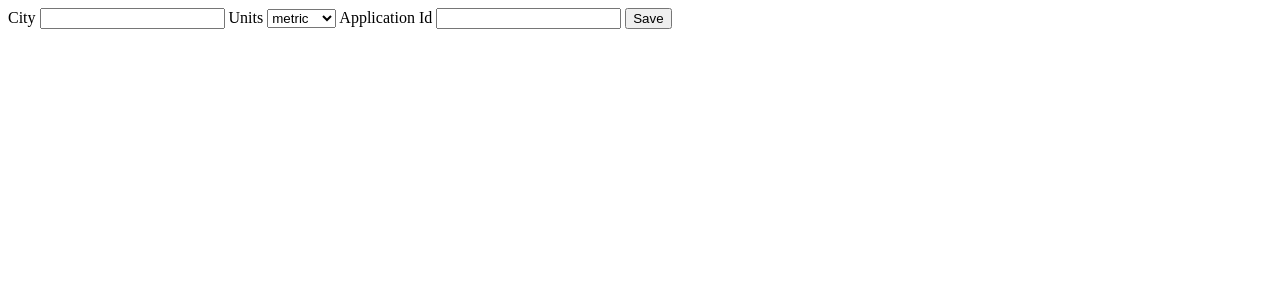
Repository: davideicardi/open-weather
Page: www/templates/options.html
The author's editor kept a record of every edit. The page is drawn from the files as they stood at one moment, then again after the next edit.
The browser window is 1280 px wide. The pictures show the whole page.

Above is the page before.

### www/templates/options.html
<ion-view view-title="Options">
  <ion-content>

    <form ng-submit="save()">
      <div class="list">
        <label class="item item-input">
          <span class="input-label">City</span>
          <input type="text" ng-model="options.city">
        </label>
        <label class="item item-input">
          <span class="input-label">Units</span>
          <select ng-model="options.units">
            <option value="metric">metric</option>
            <option value="imperial">imperial</option>
          </select>
        </label>
        <label class="item item-input">
          <span class="input-label">Application Id</span>
          <input type="text" ng-model="options.appId">
        </label>
        <label class="item">
          <button class="button button-block button-positive" type="submit">Save</button>
        </label>
      </div>
    </form>

  </ion-content>
</ion-view>

After the next edit:
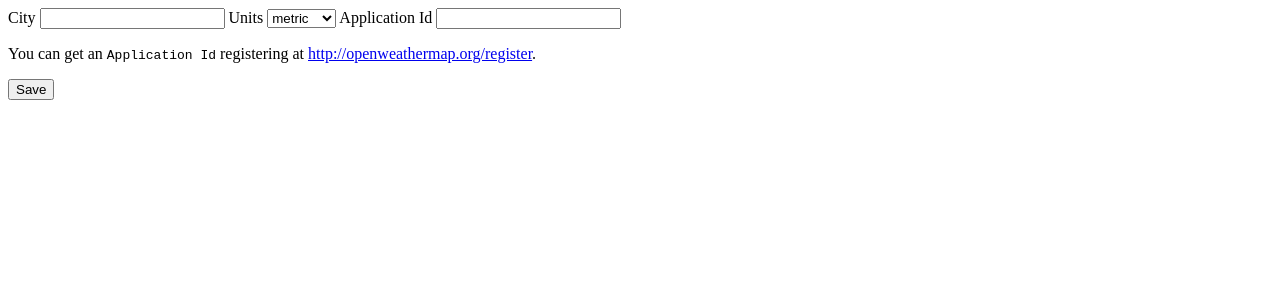
The edit:
--- a/www/templates/options.html
+++ b/www/templates/options.html
@@ -18,6 +18,7 @@
           <span class="input-label">Application Id</span>
           <input type="text" ng-model="options.appId">
         </label>
+        <p>You can get an <code>Application Id</code> registering at <a href="http://openweathermap.org/register">http://openweathermap.org/register</a>.</p>
         <label class="item">
           <button class="button button-block button-positive" type="submit">Save</button>
         </label>
